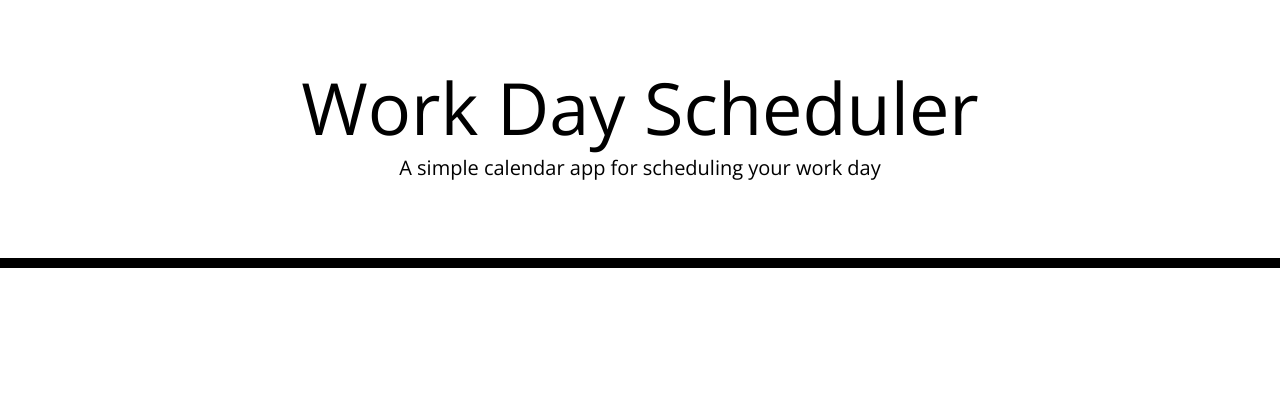
Repository: cobalt88/work-day-scheduler
Page: index.html
An editor plug-in stored every save of this project. The page is shown before and after the next save, followed by the edit.
The browser window is 1280 px wide. The pictures show the whole page.
Some web libraries are served in a nearby version.

Above is the page before, as saved 2022-03-20 17:38:13.

### index.html
<!DOCTYPE html>
<html lang="en">
  <head>
    <meta charset="UTF-8" />
    <meta name="viewport" content="width=device-width, initial-scale=1.0" />
    <meta http-equiv="X-UA-Compatible" content="ie=edge" />
    <link
      rel="stylesheet"
      href="https://stackpath.bootstrapcdn.com/bootstrap/4.3.1/css/bootstrap.min.css"
    />
    <link
      rel="stylesheet"
      href="https://use.fontawesome.com/releases/v5.8.1/css/all.css"
      integrity="sha384-50oBUHEmvpQ+1lW4y57PTFmhCaXp0ML5d60M1M7uH2+nqUivzIebhndOJK28anvf"
      crossorigin="anonymous"
    />
    <link
      href="https://fonts.googleapis.com/css?family=Open+Sans&display=swap"
      rel="stylesheet"
    />
    <link rel="stylesheet" href="style.css" />
    <title>Work Day Scheduler</title>
  </head>

  <body>
    <header class="jumbotron">
      <h1 class="display-3">Work Day Scheduler</h1>
      <p class="lead">A simple calendar app for scheduling your work day</p>
      <p id="currentDay" class="lead"></p>
    </header>
    <div class="container">
      <!-- Timeblocks go here -->
    </div>

    <script src="https://code.jquery.com/jquery-3.4.1.min.js"></script>
    <script src="https://cdnjs.cloudflare.com/ajax/libs/moment.js/2.24.0/moment.min.js"></script>
  </body>
</html>

### style.css
body {
  font-family: 'Open Sans', sans-serif;
  font-size: 16px;
  line-height: 1;
}

textarea{
  background: transparent;
  border: none;
  resize: none;
  color: #000000;
  border-left: 1px solid black;
  padding: 10px;
}

.jumbotron {
  text-align: center;
  background-color: transparent;
  color: black;
  border-radius: 0;
  border-bottom: 10px solid black;
}

.description{
  white-space: pre-wrap;
}

.time-block{
  text-align: center;
  border-radius: 15px;
}

.row {
  white-space: pre-wrap;
  height: 80px;
  border-top: 1px solid white;;
}

.hour {
  background-color: #ffffff;
  color: #000000;
  border-top: 1px dashed #000000;
}

.past {
  background-color: #d3d3d3;
  color: white;
}

.present {
  background-color: #ff6961;
  color: white;
}

.future {
  background-color: #77dd77;
  color: white;
}

.saveBtn {
  border-left: 1px solid black;
  border-top-right-radius: 15px;
  border-bottom-right-radius: 15px;
  background-color: #06AED5;
  color: white;
}

.saveBtn i:hover {
  font-size: 20px;
  transition: all .3s ease-in-out;
}

After the next save:
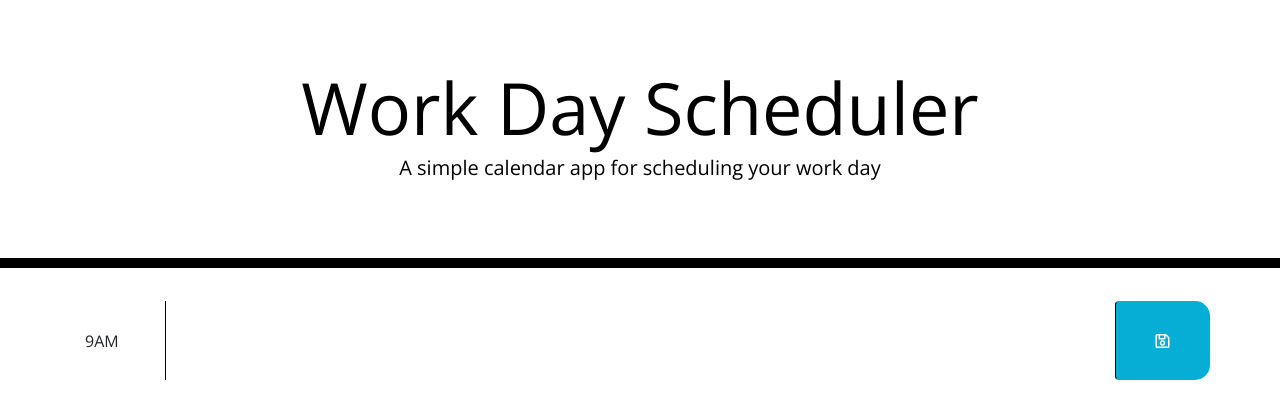
Saved 4 days later.
--- a/index.html
+++ b/index.html
@@ -30,6 +30,13 @@
     </header>
     <div class="container">
       <!-- Timeblocks go here -->
+      <div class="row time-slot" id="hr-9">
+        <div class="col-md-1 ">
+          9AM
+        </div>
+        <textarea class="col-md-10 reservation"></textarea>
+        <button class="btn saveBtn col-md-1 far fa-save"></button>
+      </div>
     </div>
 
     <script src="https://code.jquery.com/jquery-3.4.1.min.js"></script>
